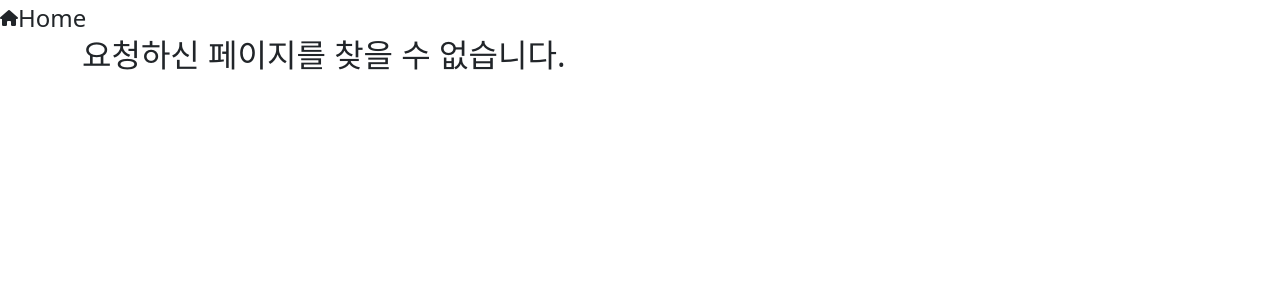
Repository: byeolchorong/ITedunet
Page: http://localhost/BookMarket/exceptionNoPage.jsp
An editor plug-in stored every save of this project. The page is shown before and after the next save, followed by the edit.
The browser window is 1280 px wide. The pictures show the whole page.
Some web libraries are served in a nearby version. The page is served by Tomcat 9.

Above is the page before, as saved 2025-05-29 07:45:08.

After the next save:
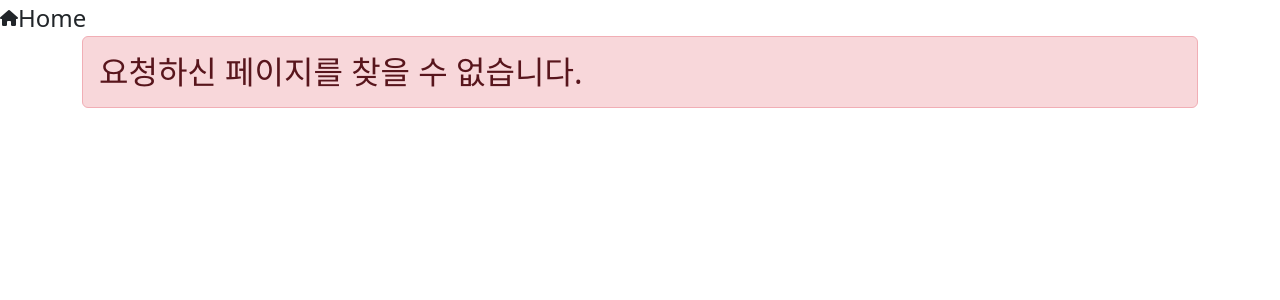
Saved 16 s later.
--- a/JSP/BookMarket/src/main/webapp/exceptionNoPage.jsp
+++ b/JSP/BookMarket/src/main/webapp/exceptionNoPage.jsp
@@ -10,7 +10,7 @@
 <%@include file="menu.jsp" %>
 <div class="jumbotron">
 	<div class="container">
-		<h2>요청하신 페이지를 찾을 수 없습니다. </h2>
+		<h2 class="alert alert-danger">요청하신 페이지를 찾을 수 없습니다. </h2>
 	</div>
 </div>
 </body>
